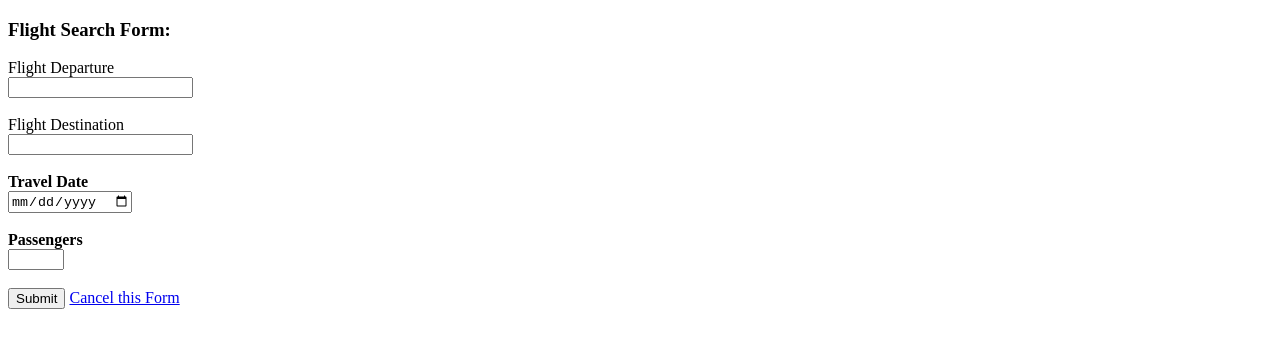
Repository: rkelly7391/SNHU_IT-634-X3894_18TW3
Page: http://localhost/RyanAirlineProject/FlightSearch
These files come from the project's save history. The page is drawn as it stood at one moment and after the next save; the edit follows.
The browser window is 1280 px wide. The pictures show the whole page.
The page is served by Tomcat 9. Other server files are loaded and not shown.

Above is the page before, as saved 2018-03-04 23:16:23.

### RyanAirlineProject/source/production/java/RyanFlightSearchServlet.java
import java.io.ByteArrayOutputStream;
import java.io.IOException;
import java.io.InputStream;
import java.io.PrintWriter;
import java.util.LinkedHashMap;
import java.util.Map;

import javax.servlet.ServletException;
import javax.servlet.ServletOutputStream;
import javax.servlet.annotation.WebServlet;
import javax.servlet.http.HttpServlet;
import javax.servlet.http.HttpServletRequest;
import javax.servlet.http.HttpServletResponse;
import javax.servlet.http.Part;

/**
 * Servlet implementation class RyanFlight Will allow the user to search for a
 * flight
 *
 * @author ryan.kelly5
 */
@WebServlet(description = "RyanFlightSearches", urlPatterns = { "/FlightSearch" })
public class RyanFlightSearchServlet extends HttpServlet {
	private static final long serialVersionUID = 1L;

	// create a map to the flight search
	private Map<Integer, RyanFlightSearch> flightSearchDatabase = new LinkedHashMap<>();

	/**
	 * @see HttpServlet#doGet(HttpServletRequest request, HttpServletResponse
	 *      response)
	 */
	protected void doGet(HttpServletRequest request, HttpServletResponse response)
			throws ServletException, IOException {

		String action = request.getParameter("action");
		if (action == null)
			action = "list";
		switch (action) {
		case "create":
			this.showFlightSearch(response);
			break;

		default:
			this.showFlightSearch(response);
			break;
		}
	}

	protected void doPost(HttpServletRequest request, HttpServletResponse response)
			throws ServletException, IOException {

		String action = request.getParameter("action");
		if (action == null)
			action = "list";
		switch (action) {
		case "create":
//			this.createTicket(request, response);
			break;
		case "list":
		default:
			response.sendRedirect("tickets");
			break;
		}
	}

	private void showFlightSearch(HttpServletResponse response) throws ServletException, IOException {
		PrintWriter writer = this.writeHeader(response);

		writer.append("<h3>Flight Search Form:</h3>\r\n");
        writer.append("<form method=\"POST\" action=\"search\" ")
              .append("enctype=\"multipart/form-data\">\r\n");
        writer.append("<input type=\"hidden\" name=\"action\" ")
              .append("value=\"create\"/>\r\n");
        writer.append("Flight Departure<br/>\r\n");
        writer.append("<input type=\"text\" name=\"customerName\"/><br/><br/>\r\n");
        writer.append("Flight Destination<br/>\r\n");
        writer.append("<input type=\"text\" name=\"subject\"/><br/><br/>\r\n");
        writer.append("<b>Travel Date</b><br/>\r\n");
        writer.append("<input type=\"date\" name=\"travel\"/><br/><br/>\r\n");
        writer.append("<b>Passengers</b><br/>\r\n");
        writer.append("<input type=\"number\" name=\"pass\" min=\"1\" max=\"25\"/><br/><br/>\r\n");
        writer.append("<input type=\"submit\" value=\"Submit\"/>\r\n");
        writer.append("<a href=\"search\">Cancel this Form</a>\r\n");
        writer.append("</form>\r\n");

//		writer.append("<h2>Search for a Flight</h2>\r\n");
//        writer.append("<form method=\"POST\" action=\"search\" ")
//              .append(">\r\n");
//        writer.append("<input type=\"hidden\" name=\"action\" ")
//              .append("value=\"list\"/>\r\n");
//        writer.append("Departing from:<br/>\r\n");
//        writer.append("<input type=\"text\" list=\"flightSource\" name=\"departLocationName\"/><br/><br/>\r\n"); //list=\"flightSource\"
//        writer.append("Arriving in:<br/>\r\n");
//        writer.append("<input type=\"text\" list=\"flightDest\" name=\"arrivalLocationName\"/><br/><br/>\r\n"); // list=\"flightDest\"
//        writer.append("Departure Date:<br/>\r\n");
//        writer.append("<input type=\"date\" name=\"departureDate\"/><br/><br/>\r\n");
//        writer.append("Number of Tickets<br/>\r\n");
//        writer.append("<select name=\"numberOfTickets\">");
//        	writer.append("<option value=\"1\">1</option>");
//        	writer.append("<option value=\"2\">2</option>");
//        	writer.append("<option value=\"3\">3</option>");
//        	writer.append("<option value=\"4\">4</option>");
//        	writer.append("<option value=\"5\">5</option>");
//        	writer.append("<option value=\"6\">6</option>");
//        	writer.append("<option value=\"7\">7</option>");
//        	writer.append("<option value=\"8\">8</option>");
//        	writer.append("<option value=\"9\">9</option>");
//        	writer.append("<option value=\"10\">10</option>");
//        writer.append("</select>");
//        writer.append("<br/><br/>\r\n");
//        writer.append("<input type=\"submit\" value=\"Submit\"/>\r\n");
//
//        //Build these out of the database later
//        writer.append("<datalist id=\"flightSource\">");
//        	writer.append("<option value=\"New York\">");
//        writer.append("</datalist>");
//
//        writer.append("<datalist id=\"flightDest\">");
//        	writer.append("<option value=\"Paris\">");
//        writer.append("</datalist>");
//        writer.append("</form>\r\n");
        this.writeFooter(writer);

		this.writeFooter(writer);
	}







	private PrintWriter writeHeader(HttpServletResponse response) throws ServletException, IOException {
		response.setContentType("text/html");
		response.setCharacterEncoding("UTF-8");

		PrintWriter writer = response.getWriter();
		writer.append("<!DOCTYPE html>\r\n").append("<html>\r\n").append("    <head>\r\n")
				.append("        <title>Customer Support</title>\r\n").append("    </head>\r\n")
				.append("    <body>\r\n");

		return writer;
	}

	private void writeFooter(PrintWriter writer) {
		writer.append("    </body>\r\n").append("</html>\r\n");
	}

}

After the next save:
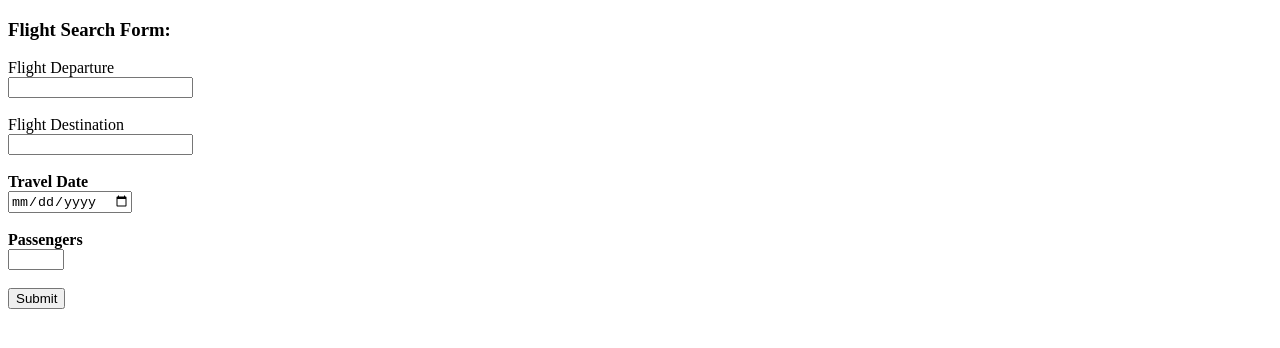
Saved 52 s later.
--- a/RyanAirlineProject/source/production/java/RyanFlightSearchServlet.java
+++ b/RyanAirlineProject/source/production/java/RyanFlightSearchServlet.java
@@ -81,7 +81,7 @@ public class RyanFlightSearchServlet extends HttpServlet {
         writer.append("<b>Passengers</b><br/>\r\n");
         writer.append("<input type=\"number\" name=\"pass\" min=\"1\" max=\"25\"/><br/><br/>\r\n");
         writer.append("<input type=\"submit\" value=\"Submit\"/>\r\n");
-        writer.append("<a href=\"search\">Cancel this Form</a>\r\n");
+        writer.append("<a href=\"search\"></a>\r\n");
         writer.append("</form>\r\n");
 
 //		writer.append("<h2>Search for a Flight</h2>\r\n");
